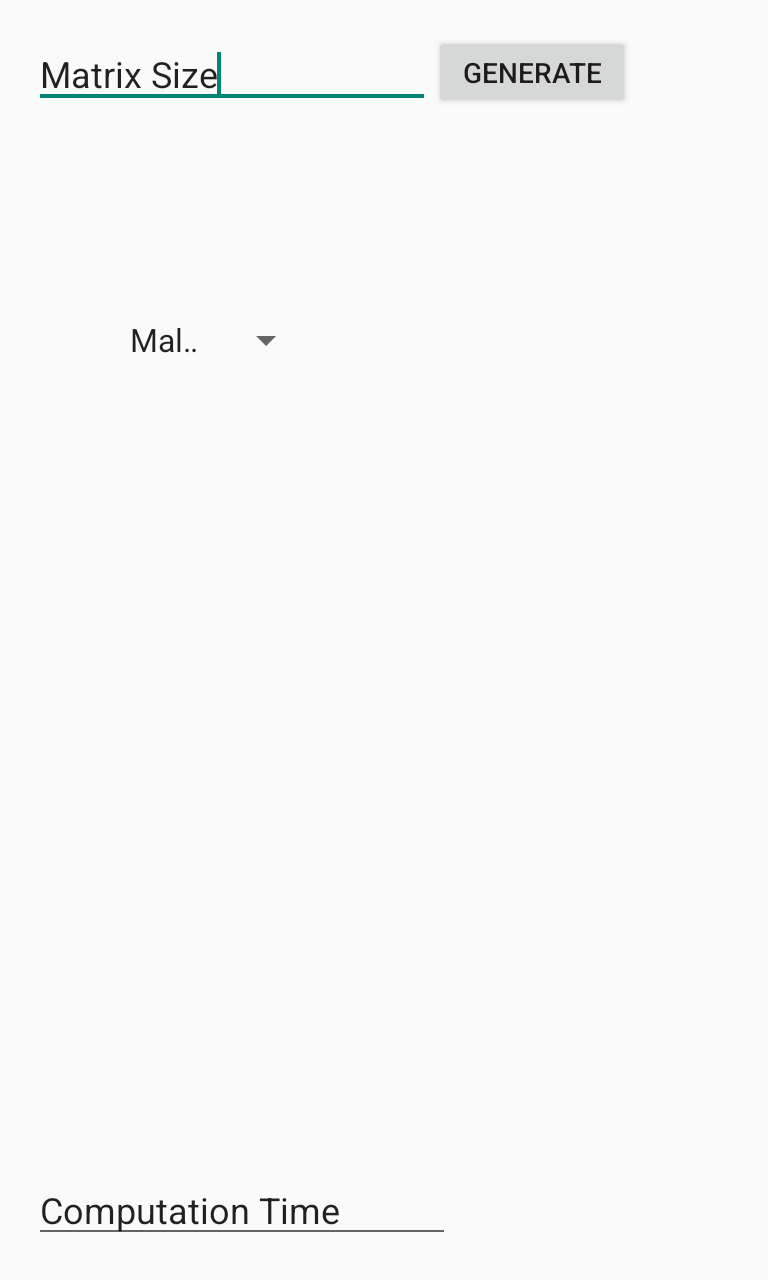
Repository: lhsieh814/ParallelProject
Layout: MatrixManipulation/res/layout/activity_main.xml
These files come from the project's save history. The layout is drawn as it stood at one moment and after the next save; the edit follows.
It is drawn on a 768 x 1280 px phone screen (xhdpi) without system bars, with theme AppTheme; the app's code is not run.

Above is the layout before, as saved 2014-11-22 17:27:11.

### MatrixManipulation/res/layout/activity_main.xml
<RelativeLayout xmlns:android="http://schemas.android.com/apk/res/android"
    xmlns:tools="http://schemas.android.com/tools"
    android:layout_width="match_parent"
    android:layout_height="match_parent"
    android:paddingBottom="@dimen/activity_vertical_margin"
    android:paddingLeft="@dimen/activity_horizontal_margin"
    android:paddingRight="@dimen/activity_horizontal_margin"
    android:paddingTop="@dimen/activity_vertical_margin"
    tools:context="com.example.matrixmanipulation.MainActivity" >


    <EditText
        android:id="@+id/editText1"
        android:layout_width="200dp"
        android:layout_height="40dp"
        android:layout_alignParentLeft="true"
        android:layout_alignParentTop="true"
        android:ems="10"
        android:inputType="number"
        android:text="Matrix Size" >

        <requestFocus />
    </EditText>

    <Button
        android:id="@+id/button1"
        android:layout_width="100dp"
        android:layout_height="40dp"
        android:layout_alignTop="@+id/editText1"
        android:layout_toRightOf="@+id/editText1"
        android:text="Generate" />
    <EditText
        android:id="@+id/editText2"
        android:layout_width="wrap_content"
        android:layout_height="wrap_content"
        android:layout_alignLeft="@+id/editText1"
        android:layout_alignParentBottom="true"
        android:ems="10"
        android:inputType="numberSigned"
        android:text="Computation Time" />

    <Spinner
        android:id="@+id/spinner1"
        android:layout_width="100dp"
        android:layout_height="40dp"
        android:layout_alignLeft="@+id/editText1"
        android:layout_below="@+id/editText1"
        android:layout_marginLeft="41dp"
        android:layout_marginTop="94dp"
        android:entries="@array/country_arrays"
        android:text="SPIN" />

</RelativeLayout>

### MatrixManipulation/res/values/strings.xml
<?xml version="1.0" encoding="utf-8"?>
<resources>

    <string name="app_name">MatrixManipulation</string>
    <string name="hello_world">Hello world!</string>
    <string name="action_settings">Settings</string>

    <string-array name="country_arrays">
        <item>Malaysia</item>
        <item>United States</item>
        <item>Indonesia</item>
        <item>France</item>
        <item>Italy</item>
        <item>Singapore</item>
        <item>New Zealand</item>
        <item>India</item>
    </string-array>
</resources>

Loaded but not shown: MatrixManipulation/res/values/styles.xml (common file); MatrixManipulation/res/values-v11/styles.xml (common file); MatrixManipulation/res/values-v14/styles.xml (common file); MatrixManipulation/res/values/dimens.xml (common file); MatrixManipulation/res/values-w820dp/dimens.xml (common file)

After the next save:
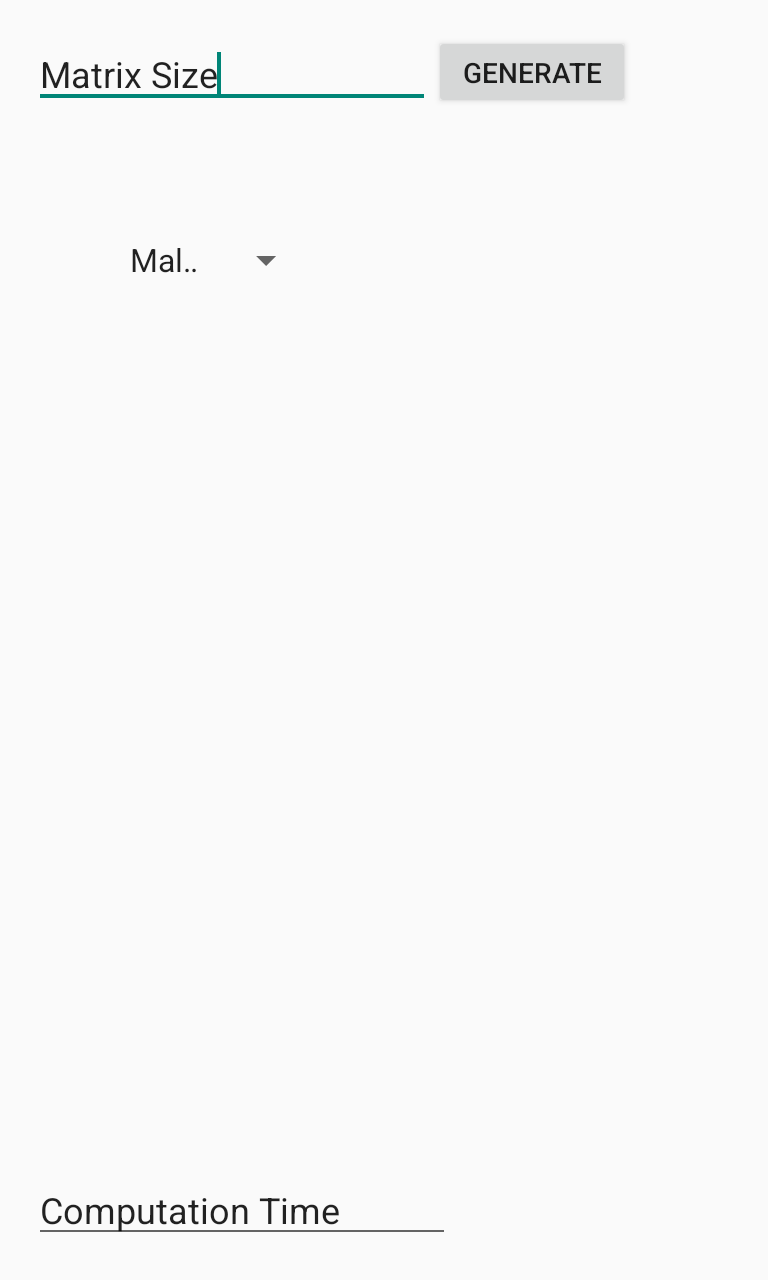
Saved 18 s later.
--- a/MatrixManipulation/res/layout/activity_main.xml
+++ b/MatrixManipulation/res/layout/activity_main.xml
@@ -43,8 +43,6 @@
         android:id="@+id/spinner1"
         android:layout_width="100dp"
         android:layout_height="40dp"
-        android:layout_alignLeft="@+id/editText1"
-        android:layout_below="@+id/editText1"
         android:layout_marginLeft="41dp"
         android:layout_marginTop="94dp"
         android:entries="@array/country_arrays"
